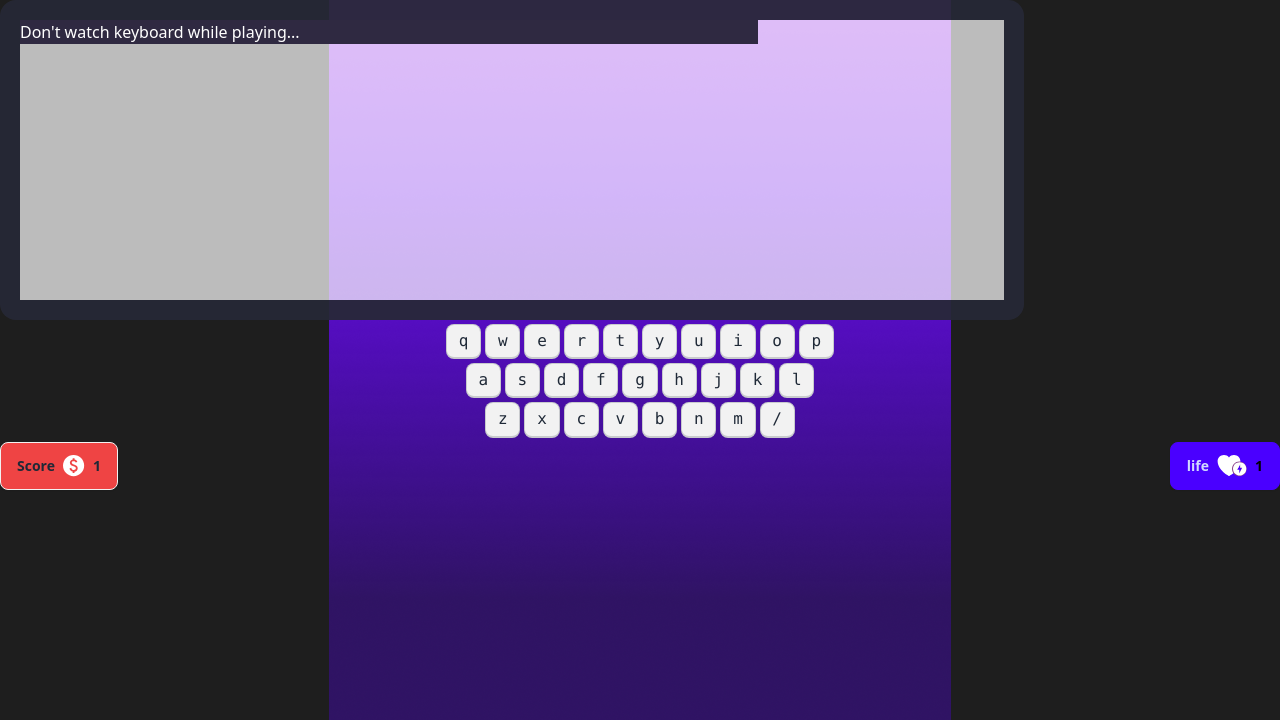
Repository: RudrasahaDibos/Alphabet-clash-
Page: index.html
The author's editor kept a copy of each file at every save. The page is drawn from the files as they stood at one save, then again after the next save.
The browser window is 1280 px wide. The pictures show the whole page.
Some web fonts or font styles are not loaded; a fallback is used. Some web libraries are served in a nearby version.

Above is the page before, as saved 2024-11-04 12:24:36.

### index.html
<!DOCTYPE html>
<html lang="en">
    <head>
        <meta charset="UTF-8">
        <meta name="viewport" content="width=device-width, initial-scale=1.0">
        <title>Alphabet Clash</title>
        <!-- daisy apa -->
        <link
            href="https://cdn.jsdelivr.net/npm/daisyui@4.12.14/dist/full.min.css"
            rel="stylesheet" type="text/css" />
        <script src="https://cdn.tailwindcss.com"></script>

        <!-- custom css  -->
        <link rel="stylesheet" href="style.css">

    </head>
    <body>
        <main
            class="bg-[#1E1E1E] min-h-screen bg-[url(images/background.png)] bg-no-repeat bg-center ">
            <!-- home screen  start here -->
            <section class="min-h-screen flex justify-center items-center hidden">
                <div class="flex flex-col justify-center items-center gap-10 ">
                    <h1
                        class="text-white text-8xl font-extrabold anton-sc-regular uppercase ">ALPHABET
                        CLASH</h1>
                    <p class="text-white ">Unleash Your Keyboard Kung Fu : Press
                        “Enter” to Play</p>
                    <button class="btn bg-white text-black">Play Now </button>
                </div>
            </section>
            <!-- home screen end here -->
            <!-- midlle screen start here -->
            <section>
                    <!-- display screen start here -->
                    <div class="artboard artboard-horizontal phone-6 border-[20px] border-[#010313CC] bg-[#FFFFFFB3] rounded-2xl">
                          <div>
                            <p class="text-white bg-[#2F2941] w-3/4">Don't watch keyboard  while playing...</p>
                          </div>
                    </div>
                     <!-- dispaly screen end here -->

                     <!-- keyboard start here  -->
                               <div>
                                <div class="my-1 flex w-full justify-center gap-1">
                                    <kbd class="kbd">q</kbd>
                                    <kbd class="kbd">w</kbd>
                                    <kbd class="kbd">e</kbd>
                                    <kbd class="kbd">r</kbd>
                                    <kbd class="kbd">t</kbd>
                                    <kbd class="kbd">y</kbd>
                                    <kbd class="kbd">u</kbd>
                                    <kbd class="kbd">i</kbd>
                                    <kbd class="kbd">o</kbd>
                                    <kbd class="kbd">p</kbd>
                                  </div>
                                  <div class="my-1 flex w-full justify-center gap-1">
                                    <kbd class="kbd">a</kbd>
                                    <kbd class="kbd">s</kbd>
                                    <kbd class="kbd">d</kbd>
                                    <kbd class="kbd">f</kbd>
                                    <kbd class="kbd">g</kbd>
                                    <kbd class="kbd">h</kbd>
                                    <kbd class="kbd">j</kbd>
                                    <kbd class="kbd">k</kbd>
                                    <kbd class="kbd">l</kbd>
                                  </div>
                                  <div class="my-1 flex w-full justify-center gap-1">
                                    <kbd class="kbd">z</kbd>
                                    <kbd class="kbd">x</kbd>
                                    <kbd class="kbd">c</kbd>
                                    <kbd class="kbd">v</kbd>
                                    <kbd class="kbd">b</kbd>
                                    <kbd class="kbd">n</kbd>
                                    <kbd class="kbd">m</kbd>
                                    <kbd class="kbd">/</kbd>
                                  </div>
                               </div>
                      <!-- keyboard end here -->

                      <!-- life and scrore button here -->
                               <div class="flex justify-between ">
                                <button class="btn bg-red-500">
                                    Score
                                      <img src="images/love.svg" alt="">
                                      <span>1</span>
                                  </button>

                                  <button class="btn btn-primary">
                                     life
                                    <img src="images/dolar.svg" alt="">
                                    <span class="text-black">1</span>
                                  </button>
                               </div>
                      <!-- life and scrore button end here -->
            </section>
            <!-- midlle screen end here -->
             <!-- last screen start here -->
            <section>

            </section>
            <!-- last screen end here -->
        </main>
    </body>
</html>

### style.css


@import url('https://fonts.googleapis.com/css2?family=Anton+SC&family=Manrope:wght@200..800&display=swap');


.font-manrope {
    font-family: "Manrope", serif;
  }

  .anton-sc-regular {
    font-family: "Anton SC", sans-serif;
  }

After the next save:
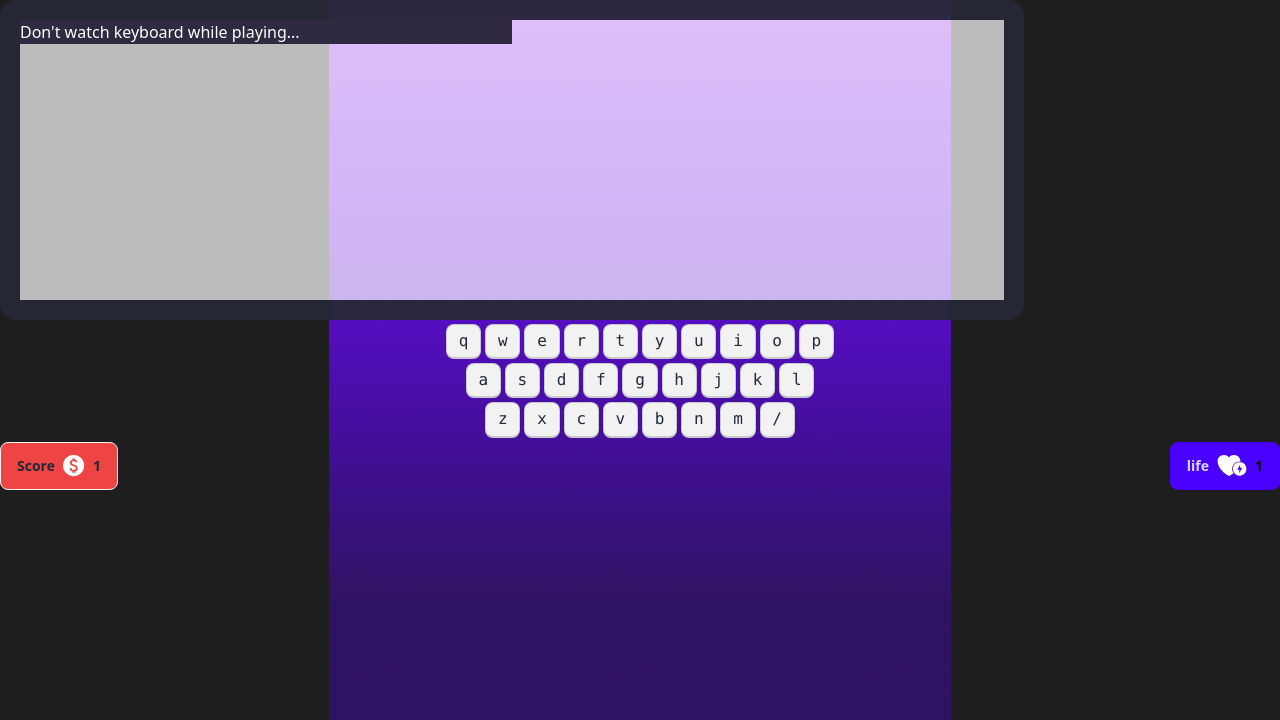
Saved 13 s later.
--- a/index.html
+++ b/index.html
@@ -34,7 +34,7 @@
                     <!-- display screen start here -->
                     <div class="artboard artboard-horizontal phone-6 border-[20px] border-[#010313CC] bg-[#FFFFFFB3] rounded-2xl">
                           <div>
-                            <p class="text-white bg-[#2F2941] w-3/4">Don't watch keyboard  while playing...</p>
+                            <p class="text-white bg-[#2F2941] w-2/4">Don't watch keyboard  while playing...</p>
                           </div>
                     </div>
                      <!-- dispaly screen end here -->
